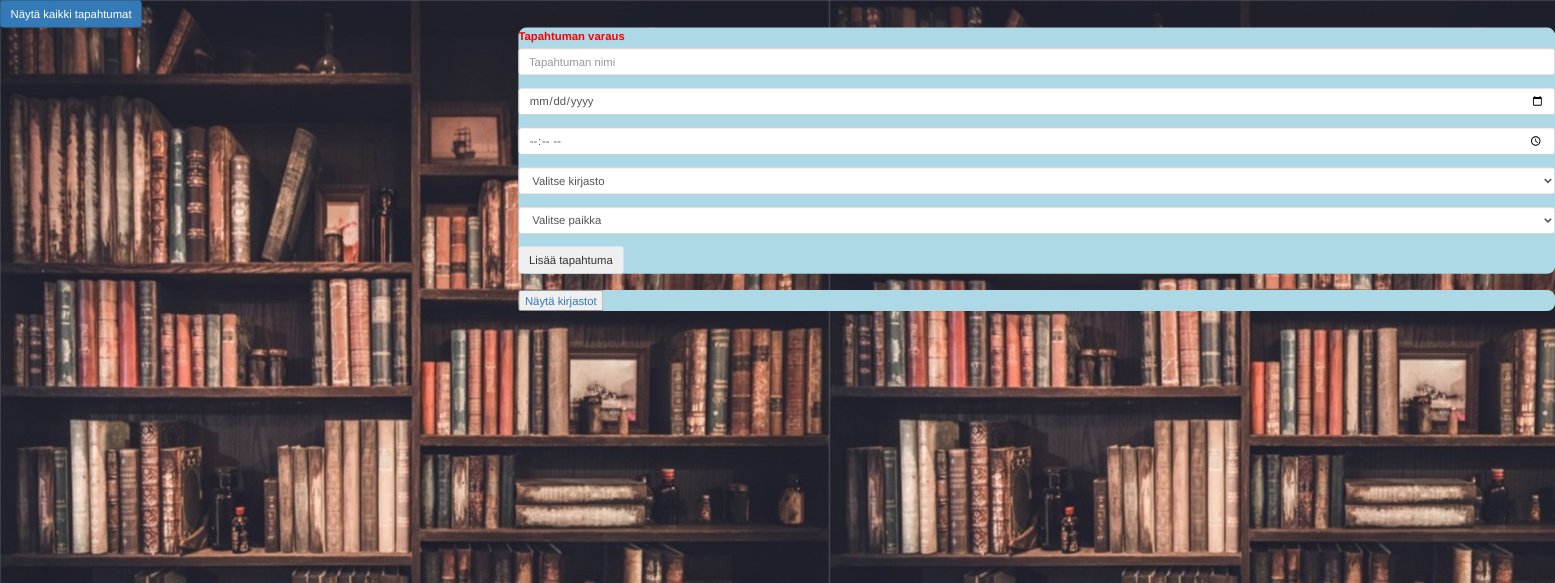
Repository: VadimZubchenko/Kirjastotapahtumat
Page: Webpage/index.html
These files come from the project's save history. The page is drawn as it stood at one moment and after the next save; the edit follows.
The browser window is 1280 px wide. The page is 1920 px wide, so the pictures cover 1920 px, including what lies to the right of the window. The pictures show the whole page, at 81% of full size.
The page's requests for data from a server got no answer.

Above is the page before, as saved 2023-11-23 17:11:35.

### Webpage/index.html
<!DOCTYPE html>
<html lang="en">
  <head>
    <meta charset="UTF-8" />
    <title></title>
    <!-- Latest compiled and minified CSS -->
    <link
      rel="stylesheet"
      href="https://maxcdn.bootstrapcdn.com/bootstrap/3.4.0/css/bootstrap.min.css"
    />

    <link rel="stylesheet" href="library.css" type="text/css" />

    <!-- jQuery library -->
    <script src="https://ajax.googleapis.com/ajax/libs/jquery/3.4.1/jquery.min.js"></script>

    <!-- Latest compiled JavaScript -->
    <script src="https://maxcdn.bootstrapcdn.com/bootstrap/3.4.0/js/bootstrap.min.js"></script>
  </head>
  <body>
    <!-- Button trigger modal -->
    <button
      type="button"
      class="btn btn-primary"
      data-toggle="modal"
      data-target="#exampleModalCenter"
    >
      Näytä kaikki tapahtumat
    </button>

    <!-- Modal -->
    <div
      class="modal fade"
      id="exampleModalCenter"
      tabindex="-1"
      role="dialog"
      aria-labelledby="exampleModalCenterTitle"
      aria-hidden="true"
    >
      <div class="modal-dialog modal-dialog-centered modal-lg" role="document">
        <div class="modal-content">
          <div class="modal-header">
            <h4 class="modal-title" id="exampleModalLongTitle">Tapahtumat</h4>
            <button
              type="button"
              class="close"
              data-dismiss="modal"
              aria-label="Close"
            >
              <span aria-hidden="true">&times;</span>
            </button>
          </div>
          <div class="modal-body">
            <script src="https://ajax.googleapis.com/ajax/libs/jquery/3.4.1/jquery.min.js"></script>

            <div id="status"></div>
            <script type="text/javascript">
              $.ajax({
                url: "/events",
                type: "GET",
                dataType: "json",
                success: (data) => {
                  console.log("You received some data!", data);

                  var out = "";
                  out += "<table>";
                  out += '<th span style="font-size:18px">Kirjasto</th>';
                  out += '<th span style="font-size:18px">Paikka</th>';
                  out += '<th span style="font-size:18px">Tapahtuman nimi</th>';
                  out += '<th span style="font-size:18px">Päivämäärä</th>';
                  out += '<th span style="font-size:18px">Aika</th>';
                  out += "<tr>";
                  var i;
                  for (i in data) {
                    out +=
                      "<td span style='font-size:18px'>" +
                      data[i].Event_Kirjasto +
                      "</td>";
                    out +=
                      "<td span style='font-size:18px'>" +
                      data[i].Event_Location +
                      "</td>";
                    out +=
                      "<td span style='font-size:18px'>" +
                      data[i].Event_Name +
                      "</td>";
                    out +=
                      "<td span style='font-size:18px'>" +
                      data[i].Event_Date +
                      "</td>";
                    out +=
                      "<td span style='font-size:18px'>" +
                      data[i].Event_Time +
                      "</td>";
                    out += "</tr>";
                  }
                  out += "</table>";

                  $("#status").html(out);
                },
              });
            </script>
          </div>
          <div class="modal-footer">
            <button
              type="button"
              class="btn btn-secondary"
              data-dismiss="modal"
            >
              Sulje
            </button>
          </div>
        </div>
      </div>
    </div>
    <form action="/event_create" method="POST">
      <div class="form-group">
        <label style="color: red">Tapahtuman varaus</label>
        <input
          type="text"
          class="form-control"
          name="eventname"
          placeholder="Tapahtuman nimi"
        />
      </div>
      <div class="form-group">
        <input type="date" name="eventdate" class="form-control" />
      </div>
      <div class="form-group">
        <input type="time" name="eventtime" class="form-control" />
      </div>
      <div class="form-group">
        <select id="dropdown" name="kirjasto" class="form-control"></select>
      </div>
      <div class="form-group">
        <select id="dropdown2" name="location" class="form-control"></select>
        <!-- <input
          type="text"
          name="location"
          placeholder="Tapahtumapaikka"
          class="form-control"
        /> -->
      </div>
      <button type="submit" class="btn">Lisää tapahtuma</button>
    </form>

    <br />

    <form action="">
        <!-- change to second htlm-page -->
      <button><a href="helsingin_kirjastot.html">Näytä kirjastot</button>
    </form>
    <script>
      var dropdown = document.getElementById("dropdown");
      dropdown.length = 0;
      var defaultOption = document.createElement("option");
      defaultOption.text = "Valitse kirjasto";
      dropdown.add(defaultOption);
      dropdown.selectedIndex = 0;

      var url =
        "https://api.kirjastot.fi/v3/organisation?branch_type=library&city.name=helsinki";
      var xmlhttp = new XMLHttpRequest();

      xmlhttp.onload = function () {
        if (xmlhttp.status == 200) {
          var myArr = JSON.parse(xmlhttp.responseText);
          var arr = myArr.items;
          var i;
          var option;
          console.log(arr);
          for (i = 0; i < arr.length; i++) {
            option = document.createElement("option");
            option.text = arr[i].name.fi;
            dropdown.add(option);
          }
        }
      };
      xmlhttp.open("GET", url, true);
      xmlhttp.send();

  //dropdown paikan varaukseen
      var dropdown2 = document.getElementById("dropdown2");
      dropdown2.length = 0;
      var defaultOption2 = document.createElement("option");
      defaultOption2.text = "Valitse paikka";
      dropdown2.add(defaultOption2);
      dropdown2.selectedIndex = 0;

      var url2 =
        "https://api.kirjastot.fi/v3/service?type=room";
      var xmlhttp2 = new XMLHttpRequest();

      xmlhttp.onload = function () {
        if (xmlhttp.status == 200) {
          var myArr2 = JSON.parse(xmlhttp.responseText);
          var arr2 = myArr2.items;
          var i;
          var option2;
          console.log(arr2);
          for (i = 0; i < arr2.length; i++) {
            option2 = document.createElement("option2");
            option2.text = arr2[i].name.fi;
            dropdown2.add(option2);
          }
        }
      };
      xmlhttp2.open("GET", url2, true);
      xmlhttp2.send();

</script>

  </body>
</html>

### Webpage/library.css
body {
background-image: url("library.png");

}

form {
    position: relative;
    background-color: lightblue;
    border-radius: 10px;
    left: 50%;

}

table {
    border-collapse: collapse;
    width: 100%;
  }

  modal-content {
    width: 200%;
  }

  th, td {
    text-align: left;
    padding: 8px;
  }

  tr:nth-child(even) {
    background-color: #D6EEEE;
  }

After the next save:
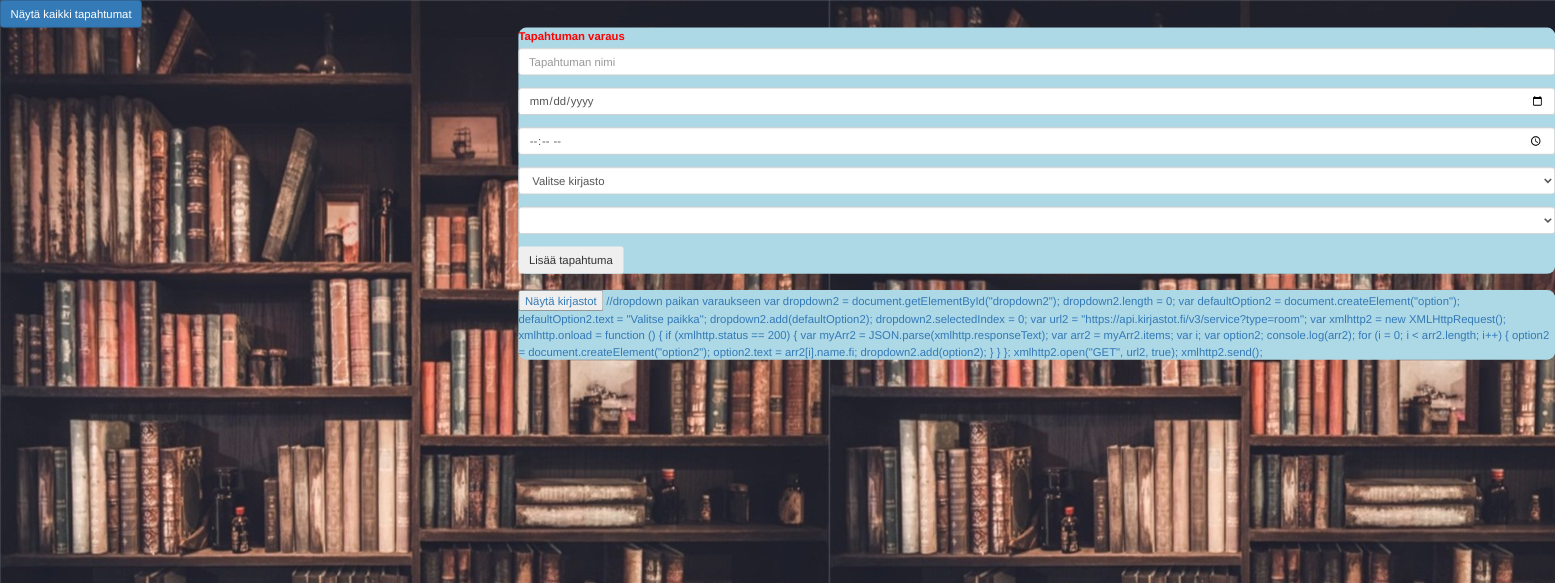
Saved 47 s later.
--- a/Webpage/index.html
+++ b/Webpage/index.html
@@ -178,6 +178,7 @@
       };
       xmlhttp.open("GET", url, true);
       xmlhttp.send();
+</script>
 
   //dropdown paikan varaukseen
       var dropdown2 = document.getElementById("dropdown2");

After the save that followed:
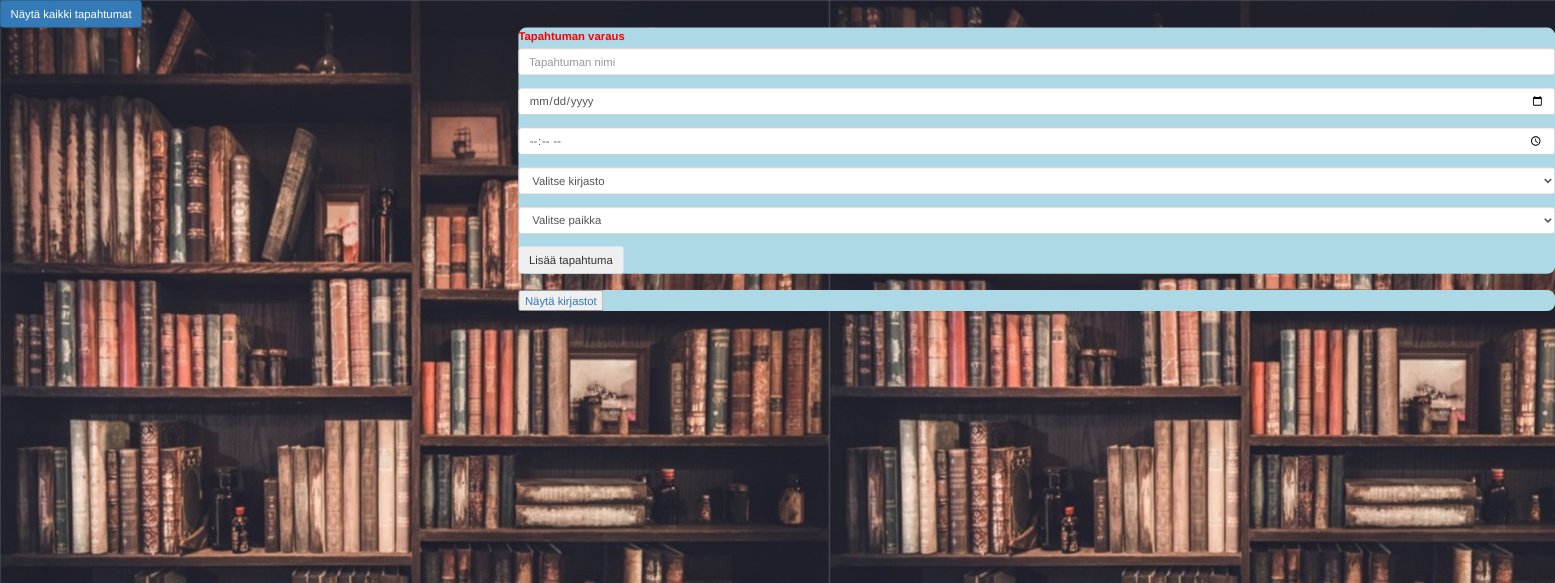
Saved 22 s later.
--- a/Webpage/index.html
+++ b/Webpage/index.html
@@ -179,6 +179,8 @@
       xmlhttp.open("GET", url, true);
       xmlhttp.send();
 </script>
+<script>
+
 
   //dropdown paikan varaukseen
       var dropdown2 = document.getElementById("dropdown2");
